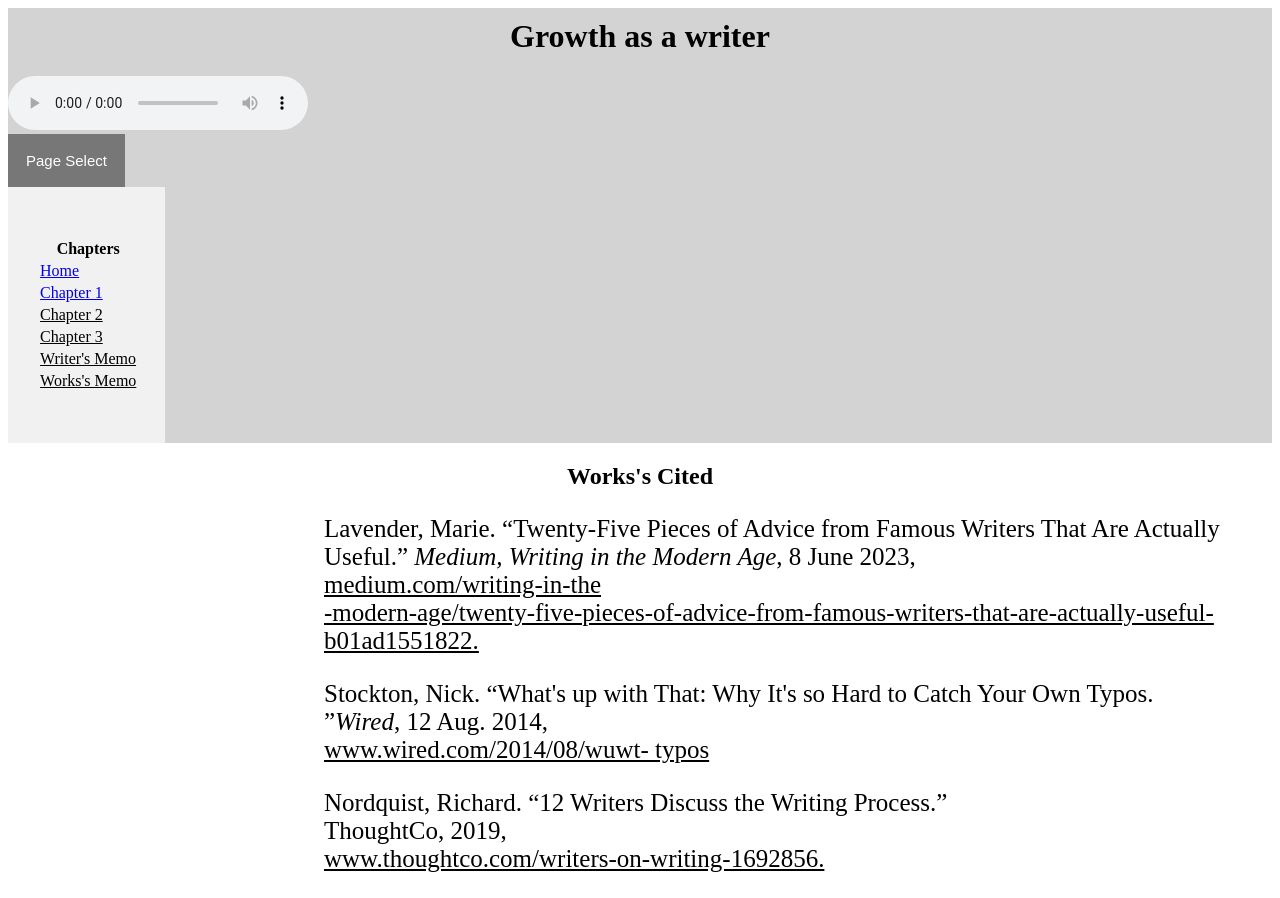
Repository: jpaisiem/WP-4
Page: WorksCited.html
These files come from the project's save history. The page is drawn as it stood at one moment and after the next save; the edit follows.
The browser window is 1280 px wide. The pictures show the whole page.

Above is the page before, as saved 2025-05-01 12:20:49.
Console error: TypeError: Cannot read properties of undefined (reading 'toggle')

### WorksCited.html
<!DOCTYPE html>
<html>
<head>
<meta name="viewport" content="width=device-width, initial-scale=1">
<style>
.collapsible {
  background-color: #777;
  color: white;
  cursor: pointer;
  padding: 18px;
  width: fit-content;
  border: none;
  text-align: left;
  outline: none;
  font-size: 15px;
}

.active, .collapsible:hover {
  background-color: #555;
}

.content {
  display: flex;
  flex-direction: column;
  overflow: hidden;
  background-color: #f1f1f1;
  width: fit-content;
  height: fit-content;
  padding-left: 2.3%;
  padding-right: 2%;
}
p
{
 font-size: 25px;
 text-align: left;
 margin-left:25%;
}
li
{
 font-size: 25px;
 text-align: left;
 margin-left: 5%;

}
</style>
<title>Growth as a writer - Chapter 3</title>
</head>
<body>
    <div style="background-color: lightgray; display: flex; flex-direction: column; margin-top: 0%;">
        <h1 style="text-align: center; background-color: lightgray; padding-top: 10px; margin-top: 0%;">Growth as a writer</h1>
        <div style="align-items: center;">
        <audio controls>
            <source src="audio.mp3" type="audio/mpeg">
        </audio>
        </div>
<button type="button" class="collapsible">Page Select</button>
<div class="content">
  <p><table>
    <tr>
        <th>Chapters</th>
    </tr>
    <tr>
        <td><a href="index.html">Home</a></td>
    </tr>
    <tr>
        <td><a href="Chapter1.html">Chapter 1</a></td>
    </tr>
     <tr>
        <td><a href="Chapter2.html" style="color: black;">Chapter 2</a></td>
    </tr>
    <tr>
        <td><a href="Chapter3.html" style="color: black;">Chapter 3</a></td>
    </tr>
    <tr>
        <td><a href="WritersMemo.html" style="color: black;">Writer&apos;s Memo</a></td>
    </tr>
    <tr>
        <td><a href="WorksCited.html" style="color: black;">Works&apos;s Memo</a></td>
    </tr>
  </table></p>
</div>
    </div>
<div style="text-align: center;">
     <h2 style="text-align: center;">Works&apos;s Cited</h2>
     <p>
    Lavender, Marie. <q>Twenty-Five Pieces of Advice from Famous Writers That Are Actually <br>
    Useful.</q> <i>Medium, Writing in the Modern Age</i>, 8 June 2023,<br> <u>medium.com/writing-in-the<br>
    -modern-age/twenty-five-pieces-of-advice-from-famous-writers-that-are-actually-useful-<br>
    b01ad1551822.</u><br>
</p>
<p>
     Stockton, Nick. <q>What&apos;s up with That: Why It&apos;s so Hard to Catch Your Own
     Typos.<br></q><i>Wired</i>, 12 Aug. 2014, <br><u>www.wired.com/2014/08/wuwt-
     typos</u><br>
</p>
<p>
  Nordquist, Richard. <q>12 Writers Discuss the Writing Process.</q> <br>ThoughtCo, 2019,<br> <u>www.thoughtco.com/writers-on-writing-1692856.</u>
</p>
</div>
<script>
var coll = document.getElementsByClassName("collapsible");
var i;

for (i = 0; i < coll.length; i++) {
  coll[i].addEventListener("click", function() {
    this.classList.toggle("active");
    var content = this.nextElementSibling;
    if (content.style.display === "block") {
      content.style.display = "none";
    } else {
      content.style.display = "block";
    }
  });
}
if(location.reload){
    this.classList.toggle("collapsible");
}
</script>

</body>
</html>

After the next save:
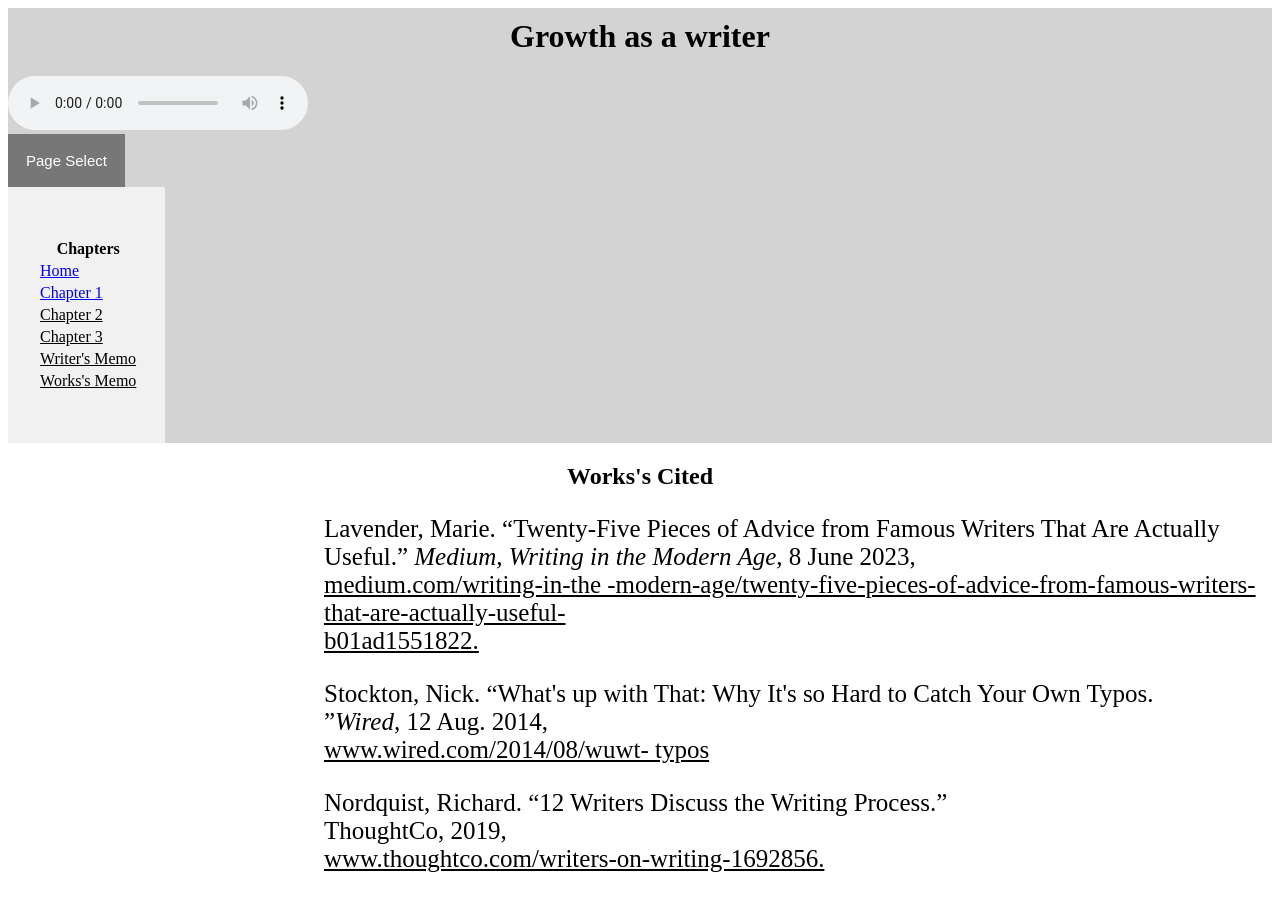
Saved 8 s later.
--- a/WorksCited.html
+++ b/WorksCited.html
@@ -84,7 +84,7 @@ li
      <h2 style="text-align: center;">Works&apos;s Cited</h2>
      <p>
     Lavender, Marie. <q>Twenty-Five Pieces of Advice from Famous Writers That Are Actually <br>
-    Useful.</q> <i>Medium, Writing in the Modern Age</i>, 8 June 2023,<br> <u>medium.com/writing-in-the<br>
+    Useful.</q> <i>Medium, Writing in the Modern Age</i>, 8 June 2023,<br> <u>medium.com/writing-in-the
     -modern-age/twenty-five-pieces-of-advice-from-famous-writers-that-are-actually-useful-<br>
     b01ad1551822.</u><br>
 </p>
